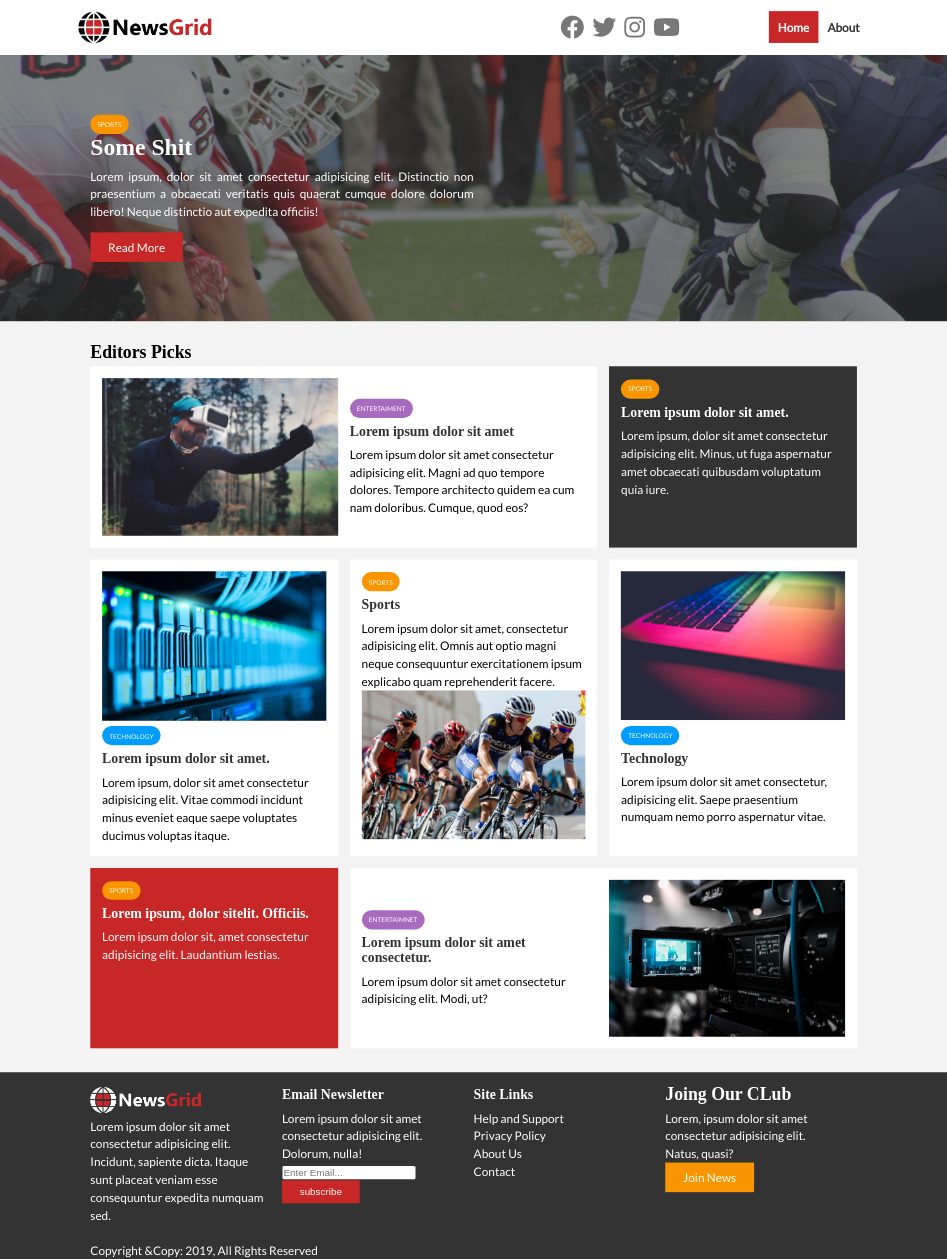
Repository: EswinGiova/NewsGrid
Page: index.html
The author's editor kept a copy of each file at every save. The page is drawn from the files as they stood at one save, then again after the next save.
The browser window is 1280 px wide. The pictures show the whole page, at 74% of full size.
Some web libraries are served in a nearby version.

Above is the page before, as saved 2020-09-20 15:50:49.

After the next save:
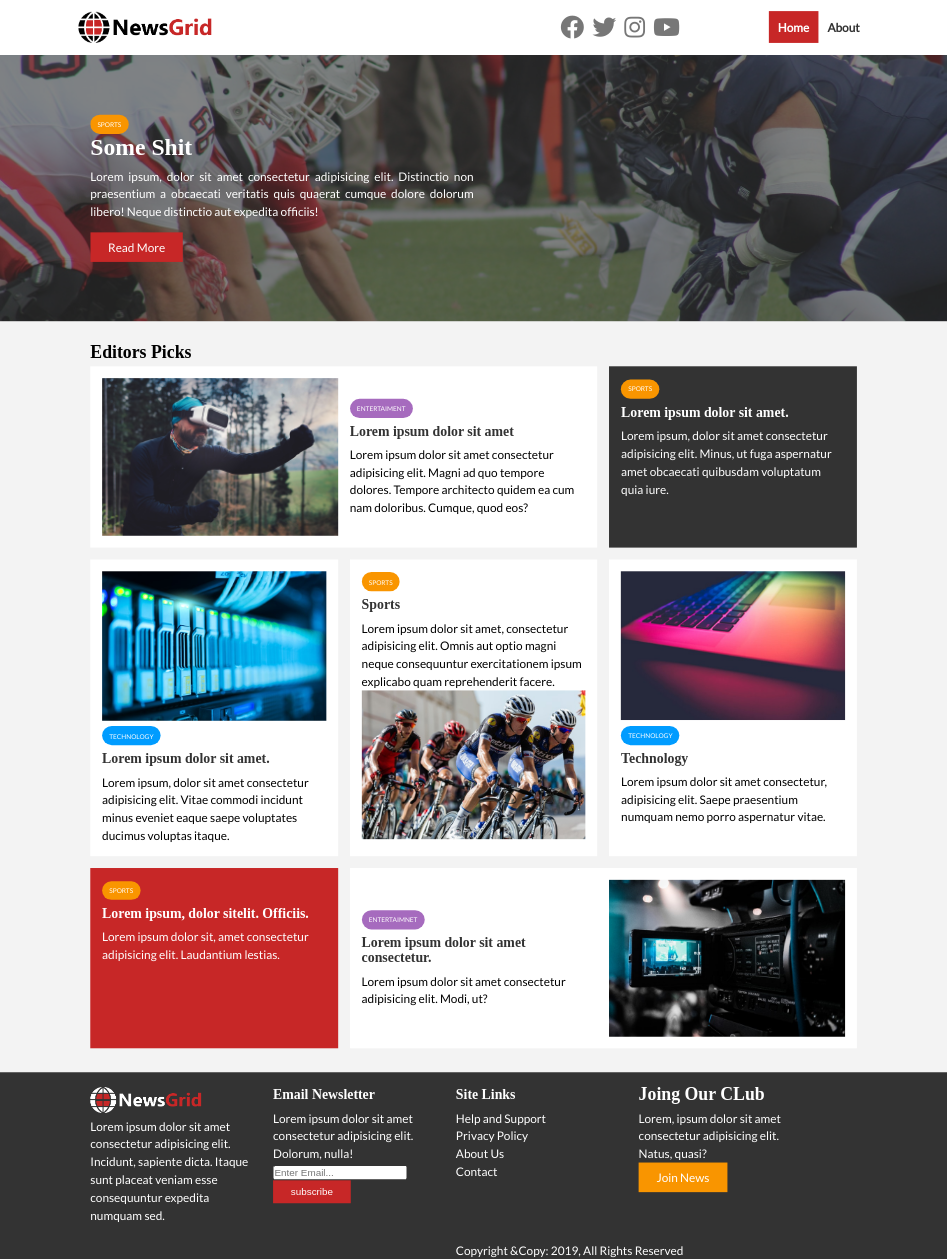
Saved 10 s later.
--- a/css/style.css
+++ b/css/style.css
@@ -279,5 +279,5 @@ h6 {
 }
 
 #main-footer .footer-container > *:last-child {
-  grid-column: 1 / span 5;
-}
+  grid-column: 3 / span 5;
+}
